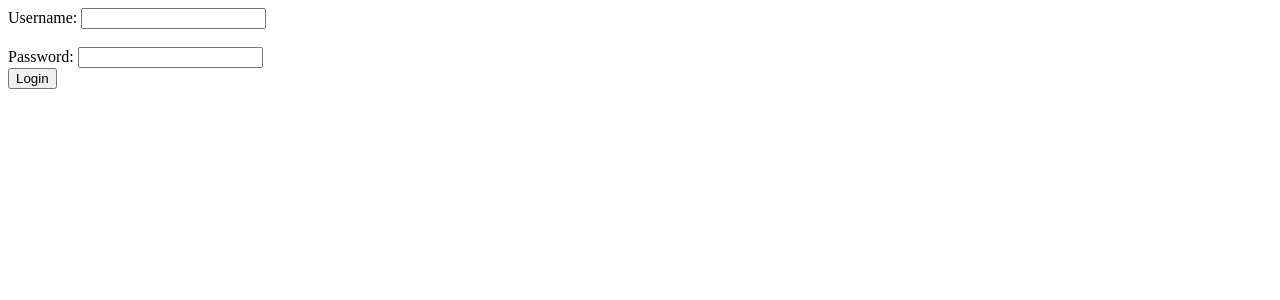
Repository: AjitChaudhari3003/FirstBit
Page: JAVA/Creditcard/src/main/webapp/index.html
The author's editor kept a copy of each file at every save. The page is drawn from the files as they stood at one save, then again after the next save.
The browser window is 1280 px wide. The pictures show the whole page.

Above is the page before, as saved 2025-05-08 04:19:44.

### JAVA/Creditcard/src/main/webapp/index.html
<!DOCTYPE html>
<html>
<head>
    <meta charset="UTF-8">
    <title>Login Page</title>
</head>
<body>
    <form action="credit" method="get">
        Username: <input type="text" name="name"><br><br>
        Password: <input type="number" name="last_four_digit"><br>
        <input type="submit" value="Login">
    </form>
</body>
</html>

After the next save:
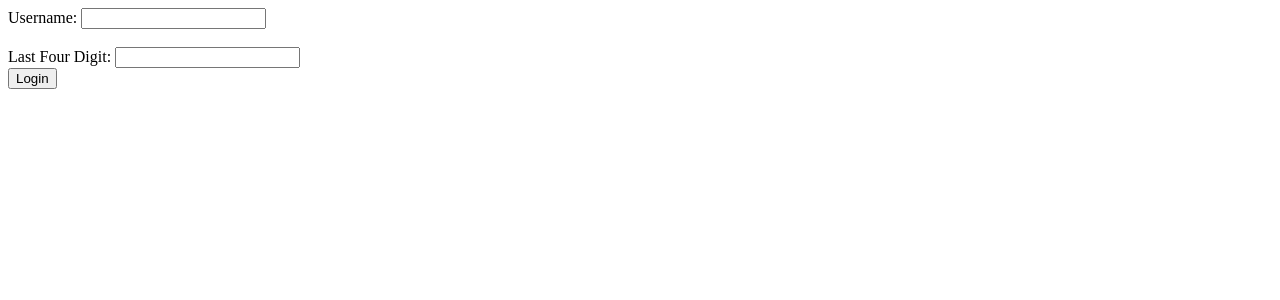
Saved 89 s later.
--- a/JAVA/Creditcard/src/main/webapp/index.html
+++ b/JAVA/Creditcard/src/main/webapp/index.html
@@ -7,7 +7,7 @@
 <body>
     <form action="credit" method="get">
         Username: <input type="text" name="name"><br><br>
-        Password: <input type="number" name="last_four_digit"><br>
+        Last Four Digit: <input type="number" name="last_four_digit"><br>
         <input type="submit" value="Login">
     </form>
 </body>
